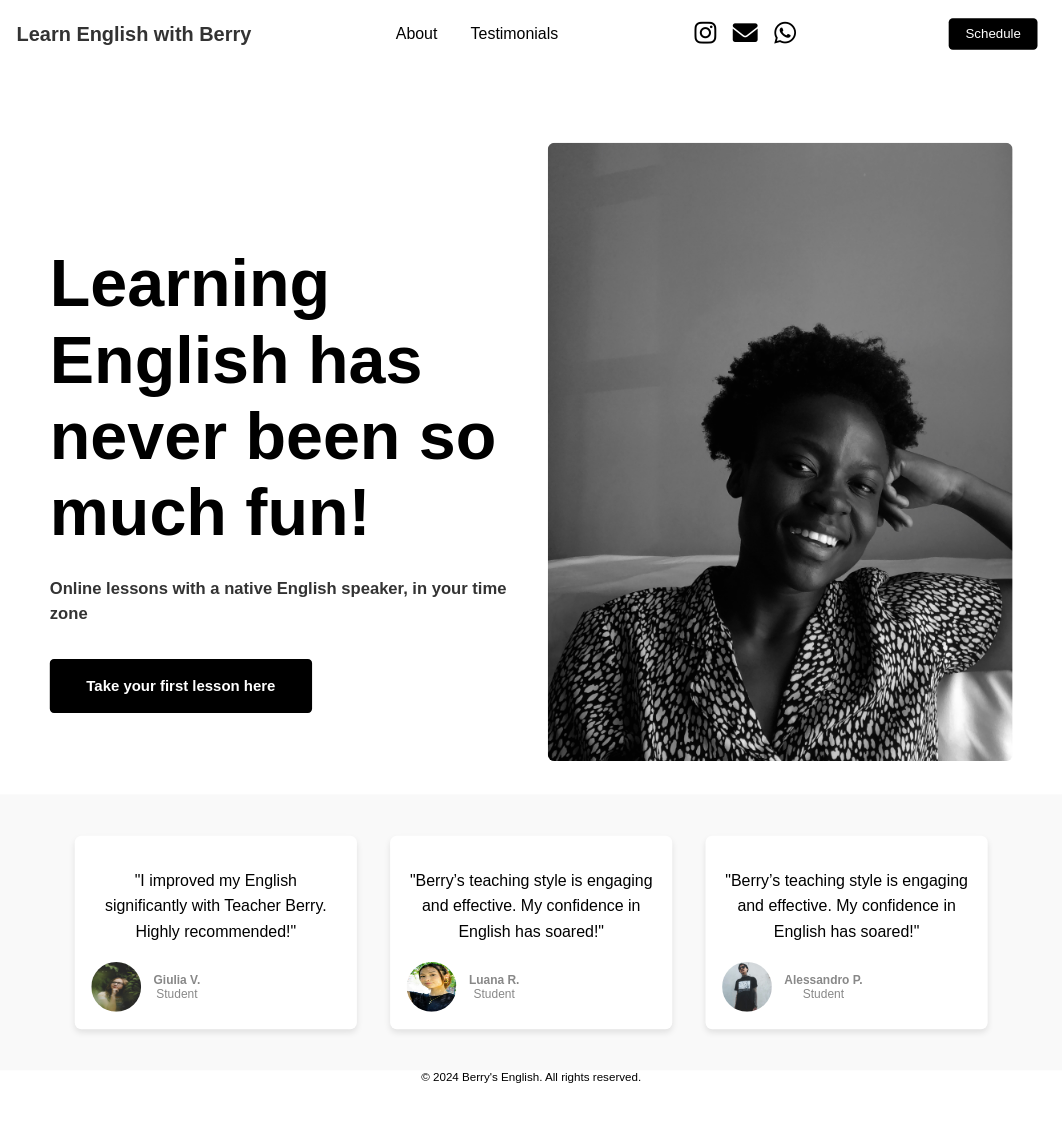
Repository: ntandomagana/esl-landing-page
Page: index.html
The author's editor kept a copy of each file at every save. The page is drawn from the files as they stood at one save, then again after the next save.
The browser window is 1280 px wide. The pictures show the whole page, at 83% of full size.

Above is the page before, as saved 2024-07-17 14:56:35.

After the next save:
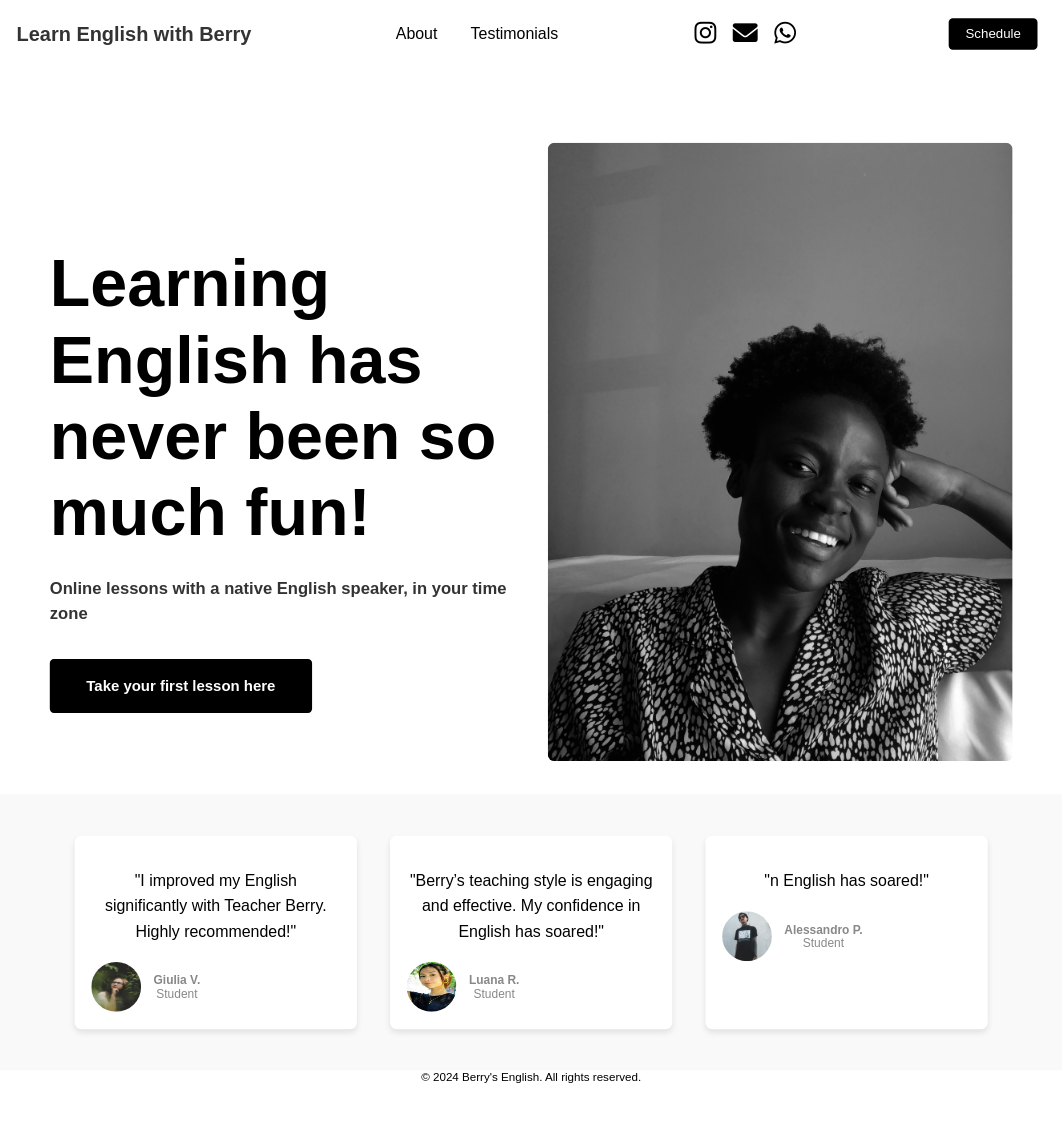
Saved 16 s later.
--- a/index.html
+++ b/index.html
@@ -69,7 +69,7 @@
 
         <div class="testimonial-item">
             <div class="testimonial-content">
-                <p>"Berry’s teaching style is engaging and effective. My confidence in English has soared!"</p>
+                <p>"n English has soared!"</p>
             </div>
             <div class="testimonial-author">
                 <img src="./assets/third.jpg" alt="Testimonial Author">
